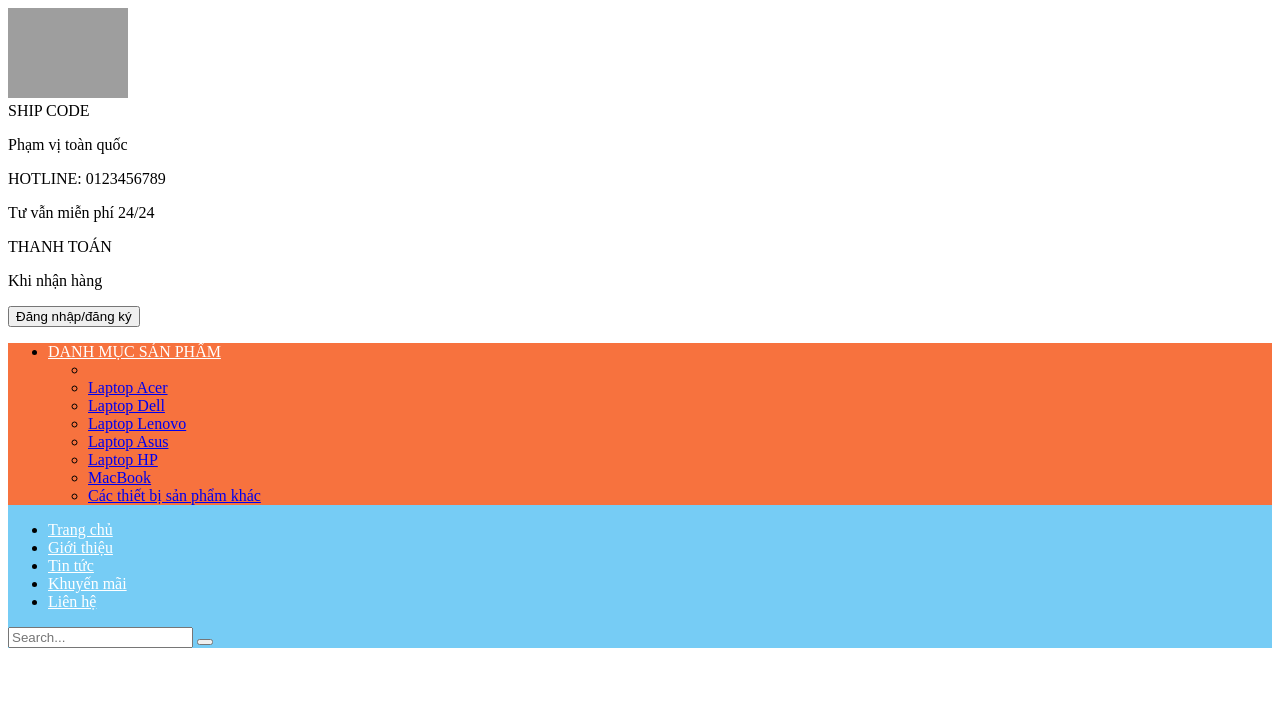
Repository: dhuNn103/DA
Page: http://localhost/CPT/all/homeHeader.jsp
These files come from the project's save history. The page is drawn as it stood at one moment and after the next save; the edit follows.
The browser window is 1280 px wide. The pictures show the whole page.
Pictures or frames that could not be fetched are drawn as grey boxes. The page is served by Tomcat 9.

Above is the page before, as saved 2024-05-25 04:02:33.

After the next save:
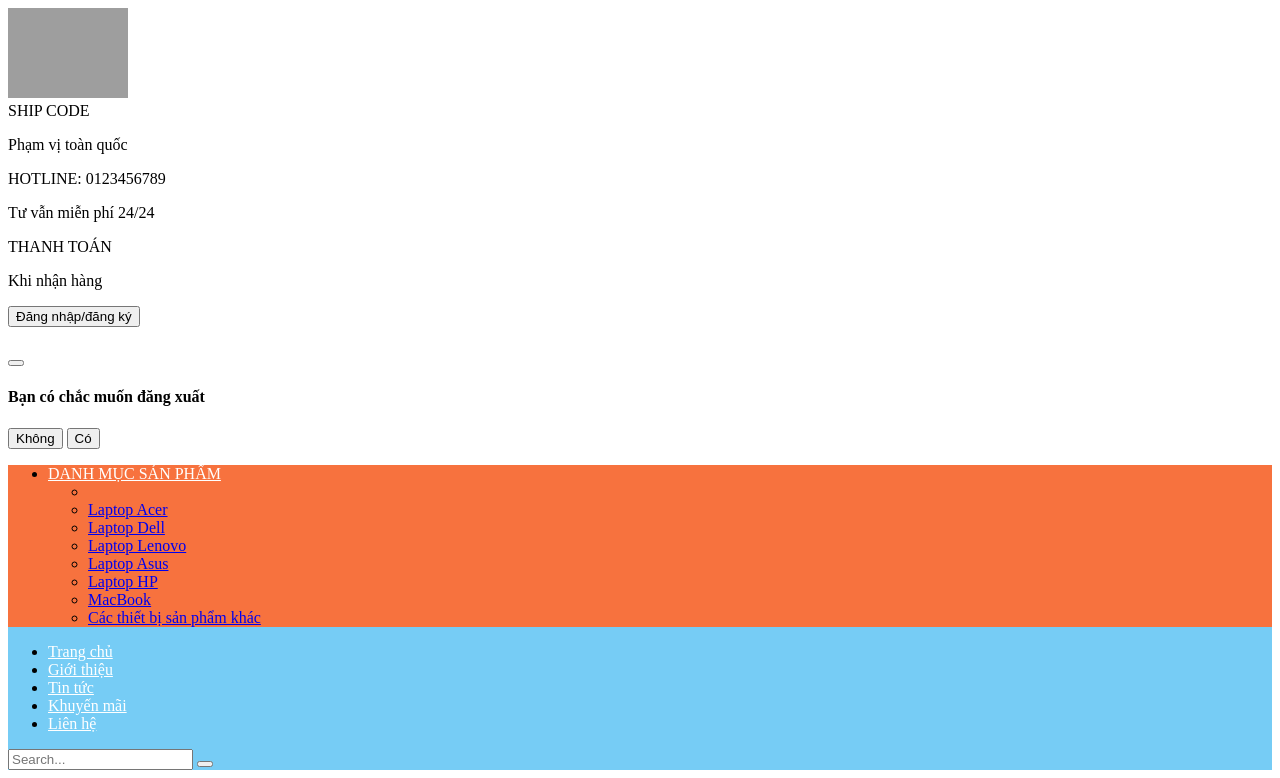
Saved 2 min 44 s later.
--- a/workspace/CPT/src/main/webapp/all/homeHeader.jsp
+++ b/workspace/CPT/src/main/webapp/all/homeHeader.jsp
@@ -95,6 +95,12 @@
 										data-bs-toggle="modal" data-bs-target="#exampleModal">Đăng
 										xuất</button>
 								</p>
+								Hi,
+								<%=session.getAttribute("emls")%>
+								<%
+								}
+								%>
+
 								<div class="modal fade" id="exampleModal" tabindex="-1"
 									aria-labelledby="exampleModalLabel" aria-hidden="true">
 									<div class="modal-dialog">
@@ -104,27 +110,22 @@
 												<button type="button" class="btn-close"
 													data-bs-dismiss="modal" aria-label="Close"></button>
 											</div>
-
-											<div class="modal-body">
-												<div class="text-center">
-													<h4>Bạn có chắc muốn đăng xuất</h4>
-													<button type="button" class="btn btn-secondary"
-														data-bs-dismiss="modal">Không</button>
-													<a href="../LogoutServlet" type="submit"
-														class="btn btn-primary">Có</a>
+											<form action="LogoutServlet" method="post">
+												<div class="modal-body">
+													<div class="text-center">
+														<h4>Bạn có chắc muốn đăng xuất</h4>
+														<button type="button" class="btn btn-secondary"
+															data-bs-dismiss="modal">Không</button>
+
+														<button type="button" class="btn btn-primary">Có</button>
+
+													</div>
 												</div>
-											</div>
+											</form>
 											<div class="modal-footer"></div>
 										</div>
 									</div>
 								</div>
-								Hi,
-								<%=session.getAttribute("emls")%>
-								<%
-								}
-								%>
-
-
 
 							</div>
 						</div>

After the save that followed:
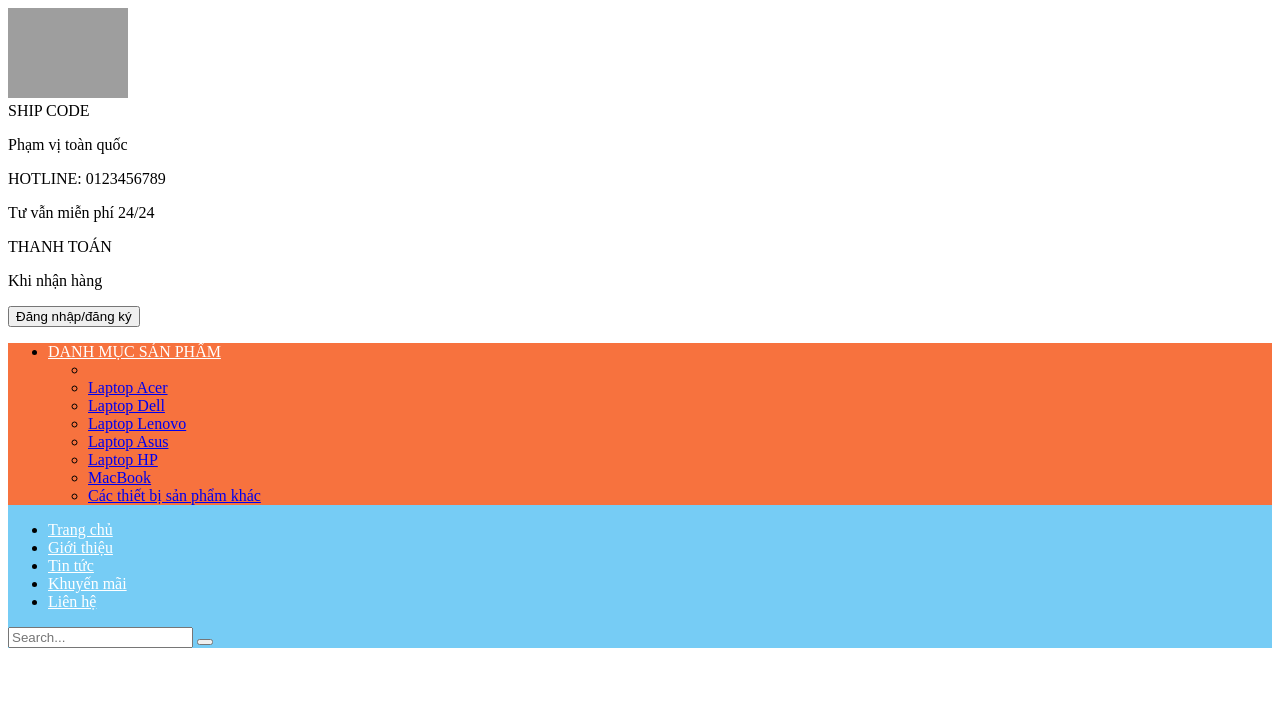
Saved 13 s later.
--- a/workspace/CPT/src/main/webapp/all/homeHeader.jsp
+++ b/workspace/CPT/src/main/webapp/all/homeHeader.jsp
@@ -95,12 +95,6 @@
 										data-bs-toggle="modal" data-bs-target="#exampleModal">Đăng
 										xuất</button>
 								</p>
-								Hi,
-								<%=session.getAttribute("emls")%>
-								<%
-								}
-								%>
-
 								<div class="modal fade" id="exampleModal" tabindex="-1"
 									aria-labelledby="exampleModalLabel" aria-hidden="true">
 									<div class="modal-dialog">
@@ -126,6 +120,13 @@
 										</div>
 									</div>
 								</div>
+								Hi,
+								<%=session.getAttribute("emls")%>
+								<%
+								}
+								%>
+
+
 
 							</div>
 						</div>
